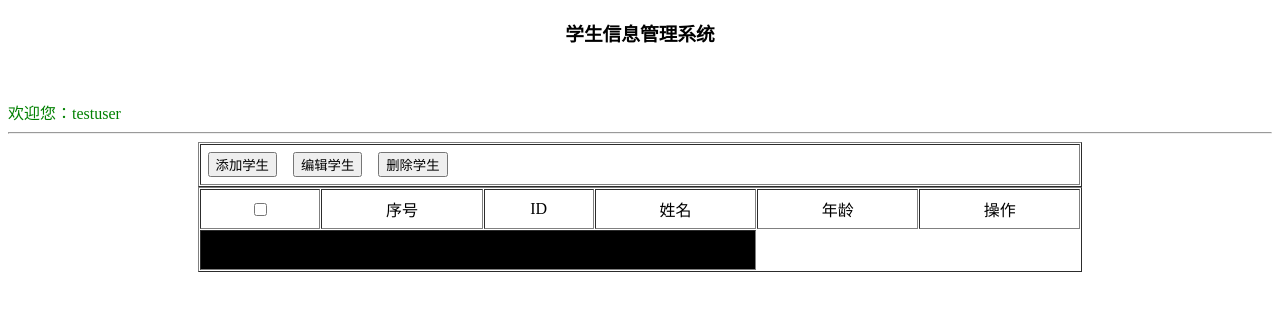
Repository: DataBoxWx/mvc_servlet_3
Page: http://localhost/jsp_1_homework/studentlist.do
An editor plug-in stored every save of this project. The page is shown before and after the next save, followed by the edit.
The browser window is 1280 px wide. The pictures show the whole page.
The page is served by Tomcat 9. The session is filled in as if someone had signed in: {"username": "testuser"}. Other server files are loaded and not shown. Queries for data that is not in the repository find no rows.

Above is the page before, as saved 2018-05-04 13:44:43.

### jsp_1_homework/WebContent/jsp/studentlist.jsp
<%@ taglib prefix="b" uri="http://java.sun.com/jsp/jstl/core" %>
<%@ page language="java" contentType="text/html; charset=UTF-8"
    pageEncoding="UTF-8"%>
<%
	String basePath = request.getScheme() + "://" + request.getServerName() + ":" + 	request.getServerPort() + request.getContextPath() + "/";
%>
<!DOCTYPE html PUBLIC "-//W3C//DTD HTML 4.01 Transitional//EN" "http://www.w3.org/TR/html4/loose.dtd">
<html>
<head>
<base href="<%=basePath%>">
<meta http-equiv="Content-Type" content="text/html; charset=UTF-8">
<title>Insert title here</title>
<style type="text/css">
	td{
		text-align: center
	}
	a{
		text-decoration: none;
		color: green;
	}
	.ys{
		background-color: activecaption;
	}
</style>
<script type="text/javascript" src="js/jquery-1.8.3.min.js"></script>
<script type="text/javascript">
/* 	function tj(){
		window.location.href="jsp/studentadd.jsp";
	} */
	$(function(){

		$("#addButt").click(function(){
			window.location.href="jsp/studentadd.jsp";
		});
		$("#editButt").click(function(){

			var $xz = $("input[name='xz']:checked");
			if($xz.length==0){
				alert("请选择一个记录");
			}else if($xz.length == 1){
				//alert(123);
				var id = $xz[0].value;
				//alert(id);
				window.location.href="studentshow.do?id="+id;
			}else{
				alert("只能选择一条记录");
			}

		});
		$("#deleteButt").click(function(){
			var $xz = $("input[name='xz']:checked");
			if($xz.length==0){
				alert("请选择需要删除的记录");
			}else{
				if(confirm("您确定删除吗？")){
					var path="studentdeletes.do?";
					for(var i=0;i < $xz.length;i++){
						path += "id=" + $xz[i].value;
						if(i<$xz.length-1){
							path += "&";
						}
					}
					window.location.href=path;
				}
			}
		});
		$("#tb").click(function(){
			var $xz = $("input[name='xz']")
			if($("#tb")[0].checked){
				for(var i = 0;i<$xz.length;i++){
					$xz[i].checked=true;
				}
			}else{
				for(var i = 0;i<$xz.length;i++){
					$xz[i].checked=false;
				}
			}
		});
		$("#t>tr:even").addClass("ys");

	});

</script>
</head>
<body>
	<h3 style="text-align:center">学生信息管理系统</h3><br/><br/>
	<div style="color: green">欢迎您：${username}</div><hr>
	<table border="1"  align="center" width=70% cellpadding="7" cellspacing="1">
		<tr>
			<td style="text-align:left" >
				<button id="addButt">添加学生</button>&nbsp;&nbsp;&nbsp;
				<button id="editButt">编辑学生</button>&nbsp;&nbsp;&nbsp;
				<button id="deleteButt">删除学生</button>&nbsp;&nbsp;&nbsp;
			</td>
		</tr>
	</table>
	<table border="1" align="center" width=70% cellpadding="7" cellspacing="1">
		<thead>
		<tr>
			<td>
				<input type="checkbox" id="tb">
			</td>
			<td>
			序号
			</td>
			<td>
			ID
			</td>
			<td>
			姓名
			</td>
			<td>
			年龄
			</td>
			<td>
			操作
			</td>
		</tr>
		</thead>
		<tbody id="t">
			<b:if test="${empty list}">
				<tr>
					<td colspan="4">
						没有相关的记录
					</td>
				</tr>
			</b:if>
			<b:if test="${!empty list}">
				<b:forEach items="${list}" var="slist" varStatus="vs">
					<tr>
						<td>
							<input type="checkbox" name="xz" value="${slist.id}"/>
						</td>
						<td>
							${vs.count}
						</td>
						<td>
							${slist.id}
						</td>
						<td>
							${slist.name}
						</td>
						<td>
							${slist.age}
						</td>
						<td>
							 <a href="studentshow.do?id=${slist.id}">编辑</a>
							 	||
							 <a href="studentdelete.do?id=${slist.id}">删除</a>

						</td>
					</tr>
				</b:forEach>
			</b:if>
		</tbody>
	</table>
</body>
</html>

### jsp_1_homework/src/com/bjpowernode/demo1/StudentList.java
package com.bjpowernode.demo1;

import java.io.IOException;
import java.sql.Connection;
import java.sql.PreparedStatement;
import java.sql.ResultSet;
import java.sql.SQLException;
import java.util.ArrayList;
import java.util.List;

import javax.servlet.ServletException;
import javax.servlet.http.HttpServlet;
import javax.servlet.http.HttpServletRequest;
import javax.servlet.http.HttpServletResponse;

import com.bjpowernode.common.Jutil;
import com.bjpowernode.domain.Student;

/**
 * Servlet implementation class Login
 */
public class StudentList extends HttpServlet {

	protected void doGet(HttpServletRequest request, HttpServletResponse response) throws ServletException, IOException {

		Connection conn = null;
		PreparedStatement ps = null;
		ResultSet res = null;
		String sql = "select id,name,age from student";
		List<Student> list = new ArrayList<>();
		try {
			conn = Jutil.getConnection();
			ps = conn.prepareStatement(sql);
			res = ps.executeQuery();
			while(res.next()){
				Student stu = new Student();
				stu.setId(res.getString(1));
				stu.setName(res.getString(2));
				stu.setAge(res.getInt(3));
				list.add(stu);
			}
		} catch (ClassNotFoundException e) {
			// TODO Auto-generated catch block
			e.printStackTrace();
		} catch (SQLException e) {
			// TODO Auto-generated catch block
			e.printStackTrace();
		}
		request.setAttribute("list", list);
		request.getRequestDispatcher("/jsp/studentlist.jsp").forward(request, response);

	}

	protected void doPost(HttpServletRequest request, HttpServletResponse response) throws ServletException, IOException {
		doGet(request, response);
	}

}

### jsp_1_homework/src/com/bjpowernode/common/Jutil.java
package com.bjpowernode.common;

import java.io.IOException;
import java.io.InputStream;
import java.sql.Connection;
import java.sql.DriverManager;
import java.sql.PreparedStatement;
import java.sql.ResultSet;
import java.sql.SQLException;
import java.util.Properties;

public class Jutil {
	private static String user;
	private static String password;
	private static String url;
	private static String classname;
	static{
		Properties pro = new Properties();
		InputStream in = Jutil.class.getClassLoader().getResourceAsStream("resource.properties");
		try {
			pro.load(in);
			user = pro.getProperty("user");
			password = pro.getProperty("password");
			url = pro.getProperty("url");
			classname = pro.getProperty("classname");
		} catch (IOException e) {
			// TODO Auto-generated catch block
			e.printStackTrace();
		}finally {
			if(in != null){
				try {
					in.close();
				} catch (IOException e) {
					// TODO Auto-generated catch block
					e.printStackTrace();
				}
			}
		}
	}
	public static Connection getConnection() throws SQLException, ClassNotFoundException{
		Class.forName(classname);
		return DriverManager.getConnection(url, user, password);
	}
	public static void close1(Connection conn,PreparedStatement ps, ResultSet res) {
		if(res != null){
			try {
				res.close();
			} catch (SQLException e) {
				// TODO Auto-generated catch block
				e.printStackTrace();
			}
		}
		if(ps != null){
			try {
				ps.close();
			} catch (SQLException e) {
				// TODO Auto-generated catch block
				e.printStackTrace();
			}
		}
		if( conn!= null){
			try {
				conn.close();
			} catch (SQLException e) {
				// TODO Auto-generated catch block
				e.printStackTrace();
			}
		}

	}
}

Loaded but not shown: jsp_1_homework/WebContent/js/jquery-1.8.3.min.js (library)

After the next save:
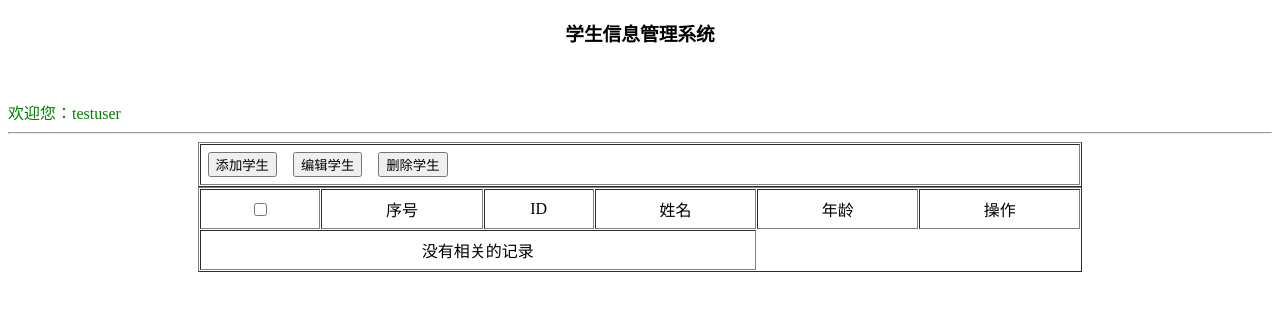
Saved 58 s later.
--- a/jsp_1_homework/WebContent/jsp/studentlist.jsp
+++ b/jsp_1_homework/WebContent/jsp/studentlist.jsp
@@ -76,7 +76,7 @@
 				}
 			}
 		});
-		$("#t>tr:even").addClass("ys");
+		$("#t>tr:odd").addClass("ys");
 
 	});
 

After the save that followed:
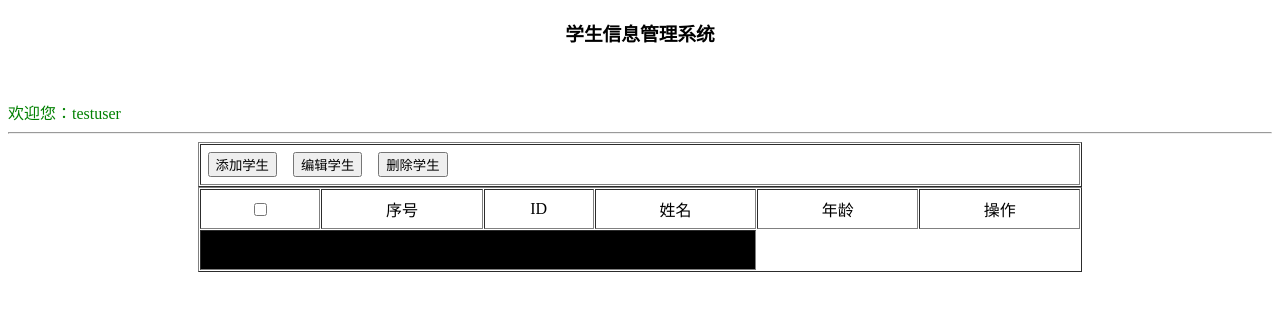
Saved 12 s later.
--- a/jsp_1_homework/WebContent/jsp/studentlist.jsp
+++ b/jsp_1_homework/WebContent/jsp/studentlist.jsp
@@ -76,7 +76,7 @@
 				}
 			}
 		});
-		$("#t>tr:odd").addClass("ys");
+		$("#t>tr:even").addClass("ys");
 
 	});
 
